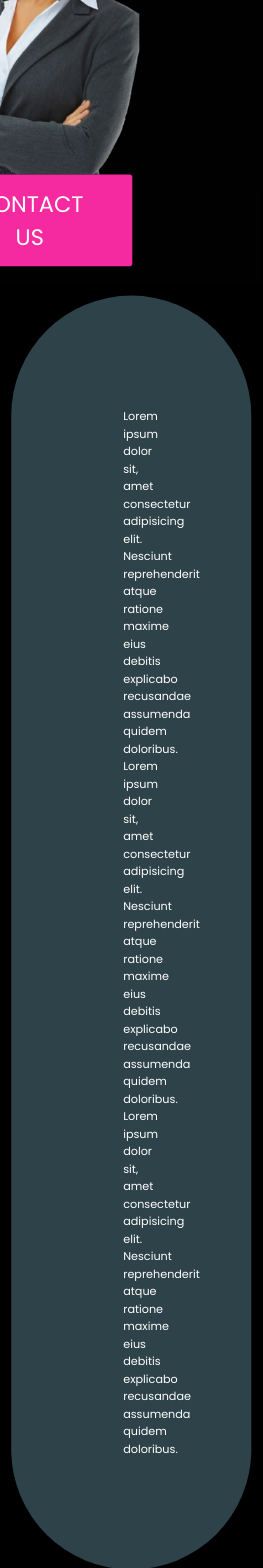
Repository: buzzedison/gardens
Page: index.html
An editor plug-in stored every save of this project. The page is shown before and after the next save, followed by the edit.
The browser window is 375 px wide. The pictures show the part of the page from y = 825 to 3065 px (the page is 3084 px tall before and 2943 px after), at 70% of full size.

Above is the page before, as saved 2022-01-12 20:10:44.

### index.html
<!DOCTYPE html>
<html lang="en">
<head>
    <meta charset="UTF-8">
    <meta http-equiv="X-UA-Compatible" content="IE=edge">
    <meta name="viewport" content="width=device-width, initial-scale=1.0">
    <title>Navbar</title>
    <script src="index.js" defer></script>
    <link rel="stylesheet" href="/css/styles.css">
</head>
<body>
    <div>

        <Header>
            <div id="logo"> <a href="/">My logo here</a></div>
            <nav>
<ul>
    <li> <a href="/"> Home</a></li>
    <li> <a href="/"> About</a></li>
    <li> <a href="/"> Services</a></li>
    <li> <a href="/"> Gallery</a></li>
    <li> <a href="/">  Contact</a></li>
</ul>

 </nav>
            <!-- Mobile version -->
            <div id="mobile-icon" onclick="toggleMobileMenu(this)">
                <div class="bar1"></div>
                <div class="bar2"></div>
                <div class="bar3"></div>
                <ul class="mobile-menu">
                  <li><a href="/">Home</a></li>
                  <li><a href="/">About</a></li>
                  <li><a href="/">Services</a></li>
                  <li><a href="/">Gallery</a></li>
                  <li><a href="/">Contact</a></li>

                </ul>
              </div>
        </Header>
        <main class="container">
            <section1>
                <p class="section-title">Helping you look  <span id="fab">Fabulous!</span></p>
                <div class="grid">
                    <div>
                        <p class="text-grid"><img class ="img" src="images/woman.png">
                            <br/>
                            <a href="/" class="button"> CONTACT US </a>

                    </div>

                    <div>
                        <div class="inside">
                        <p class="text-grid">
                        Lorem ipsum dolor sit, amet consectetur adipisicing elit.
                        Nesciunt reprehenderit atque ratione maxime eius
                        debitis explicabo recusandae assumenda quidem doloribus.
                        Lorem ipsum dolor sit, amet consectetur adipisicing elit.
                        Nesciunt reprehenderit atque ratione maxime eius
                        debitis explicabo recusandae assumenda quidem doloribus.
                        Lorem ipsum dolor sit, amet consectetur adipisicing elit.
                        Nesciunt reprehenderit atque ratione maxime eius
                        debitis explicabo recusandae assumenda quidem doloribus.
                    </p>
                </div>
                    </div>
                </div>
            </section1>

        </main>
    </div>
</body>
</html>

### css/styles.css
@import url("https://fonts.googleapis.com/css2?family=Poppins:wght@400;700&display=swap");

* {
  padding: 0;
  margin: 0;
  box-sizing: border-box;
}

body {
  color: black;
  font-family: "Poppins", sans-serif;
  background-color:black;
}

header a {
  text-decoration: none;
}

header {
  padding: 0 20px;
  background-color: #444544;
  height: 50px;
  display: flex;
  justify-content: space-between;
}

#logo {
  font-weight: bold;
  font-size: 18px;
  display: flex;
  align-items: center;
}

#logo a {
  color: #e6c834;
}

ul {
  list-style: none;
  height: 100%;
  display: flex;
  align-items: center;
  justify-content: space-around;
}

ul a {
  color: white;
}

ul li {
  padding: 5px;
  margin-left: 10px;
}

ul li:hover {
  transform: scale(1.1);
  transition: 0.3s;
}




#mobile-icon {
  margin: auto 0;
  display: none;
  cursor: pointer;
}

#mobile-icon div {
  width: 35px;
  height: 3px;
  background-color: white;

  margin: 6px 0;
  transition: 0.4s;
}

.open .bar1 {
  -webkit-transform: rotate(-45deg) translate(-6px, 6px);
  transform: rotate(-45deg) translate(-6px, 6px);
}

.open .bar2 {
  opacity: 0;
}

.open .bar3 {
  -webkit-transform: rotate(45deg) translate(-6px, -8px);
  transform: rotate(45deg) translate(-6px, -8px);
}

.open .mobile-menu {
  display: flex;
  flex-direction: column;
  align-items: center;
  justify-content: flex-start;
}

.mobile-menu {
  display: none;
  position: absolute;
  top: 50px;
  left: 0;
  height: calc(100vh - 50px);
  width: 100%;

}

.mobile-menu li {
  margin-bottom: 10px;

}

@media only screen and (max-width: 600px) {
  header nav {
    display: none;
  }

  #mobile-icon {
    display: block;
  }
}


.section-title{
  color: white;
  font-size: 4em;
  padding-top: 1em;
  padding-left: 0.7em;


}

#fab {
  font-family: 'Trebuchet MS', 'Lucida Sans Unicode', 'Lucida Grande', 'Lucida Sans', Arial, sans-serif;
  font-style: italic;
}


.grid > div{
   padding:1em;
   background-color:rgba(255, 235, 205, 0);
}

.grid > div:nth-child(odd){
  background-color:rgba(255, 248, 220, 0.003);

}

.grid{
  display:grid;
  grid-template-columns: 40% 60%;
  /* seperating columns */
  grid-column-gap: 1em;
  box-sizing: border-box;

  /* browser automatically breaks when it gets to 300px */
  grid-template-columns: repeat(auto-fit, minmax(300px, 1fr));

}

.text-grid {
  padding: 10em;
  color:white;





}



/* Buttons  */

a.button{
  display:inline-block;
  padding:0.55em 2.2em;
  border:none;
  margin:0 0.3em 0.3em 0;
  border-radius:0.12em;
  box-sizing: border-box;
  text-decoration:none;
  background-color:#F62AA0;
  float:right;

  font-weight:400;
  font-size:2em;
  color:#FFFFFF;
  text-align:center;
  transition: all 0.2s;



  }

  @media only screen and (max-width: 600px){
    a.button{
    display:hidden;
    }
  }
  a.button1:hover{
  color:#000000;
  background-color:#FFFFFF;
  }
  @media all and (max-width:30em){
  a.button1{
  display:block;
  margin:0.4em auto;

  }
  }

  .img {
    float:right;
  }


  .inside {

    width: 100%;
   height: 100%;
   background: #2E4249;
   -moz-border-radius: 70px;
   -webkit-border-radius: 70px;
   border-radius: 500px;
    transition: all 1s ease;

  }
  .inside:hover {
    background: #3b5159;
  }

Loaded but not shown: index.js (common file)

After the next save:
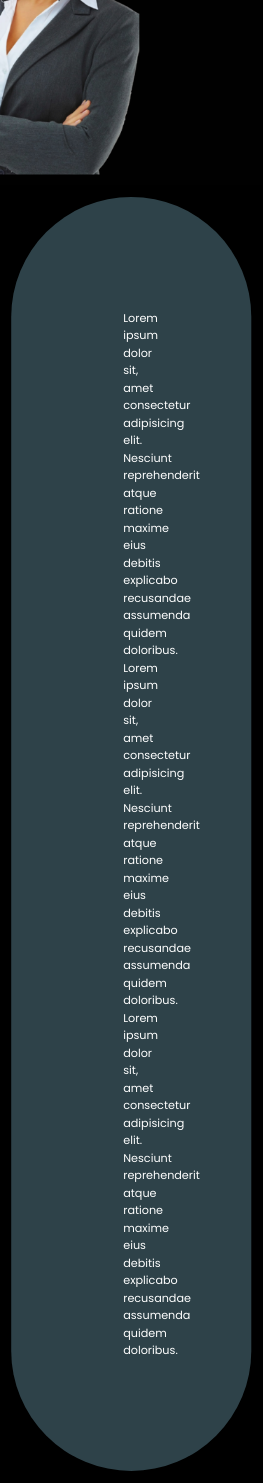
Saved 16 s later.
--- a/css/styles.css
+++ b/css/styles.css
@@ -196,7 +196,7 @@ a.button{
 
   @media only screen and (max-width: 600px){
     a.button{
-    display:hidden;
+    display:none;
     }
   }
   a.button1:hover{
